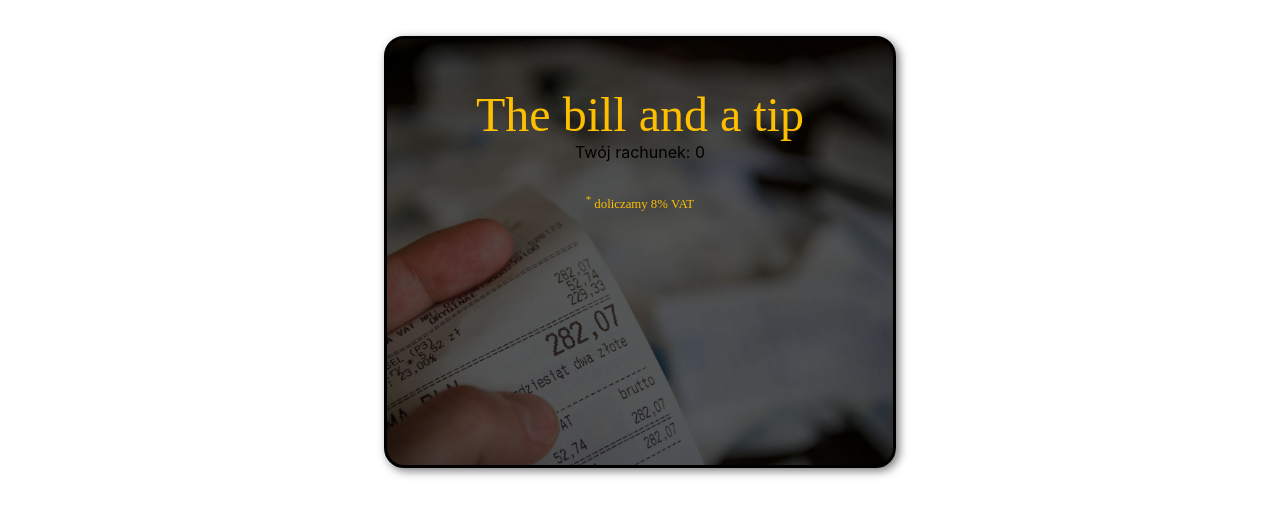
Repository: KrzysKolo/sr_tydzien4_zad1
Page: /
These files come from the project's save history. The page is drawn as it stood at one moment and after the next save; the edit follows.
The browser window is 1280 px wide. The pictures show the whole page.
Some web fonts or font styles are not loaded; a fallback is used. The project was rebuilt for these pictures with package versions that can differ from the ones it lists, and the page was loaded fresh each time.

Above is the page before, as saved 2020-11-06 13:10:43.

After the next save:
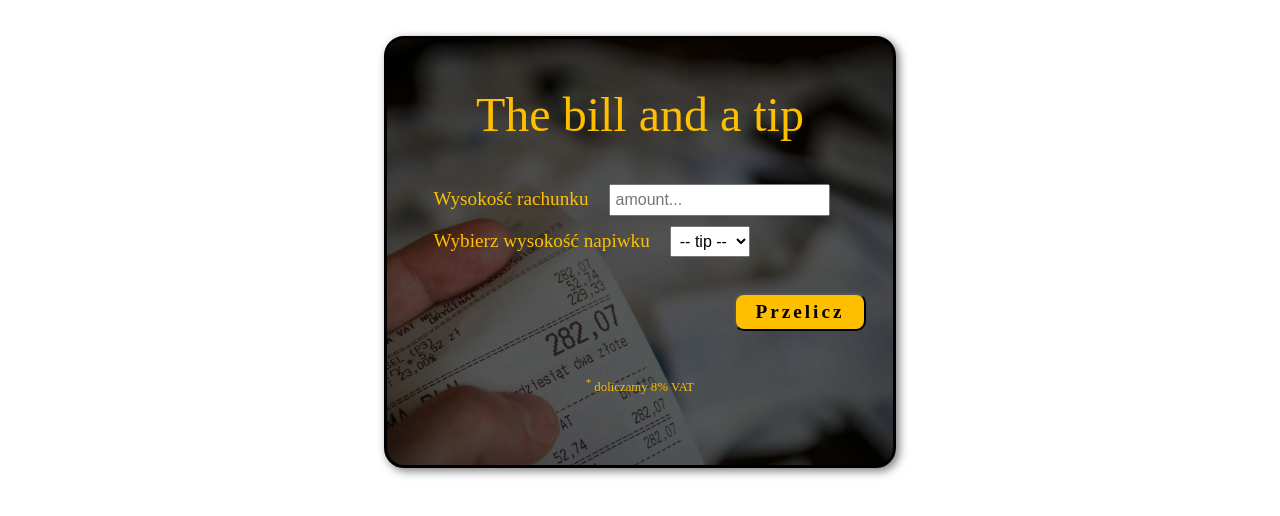
Saved 38 s later.
--- a/src/components/SectionCard.js
+++ b/src/components/SectionCard.js
@@ -7,7 +7,7 @@ class SectionCard extends Component {
             tip: 0,
         },
         results: 0,
-        show: false,
+        show: true,
      }
      handleChange = e => {
         let  newBill = {
@@ -30,7 +30,7 @@ class SectionCard extends Component {
                 amount: "",
                 tip: 0,
             },
-            show: !show,
+            show: false,
          })
      }
 
